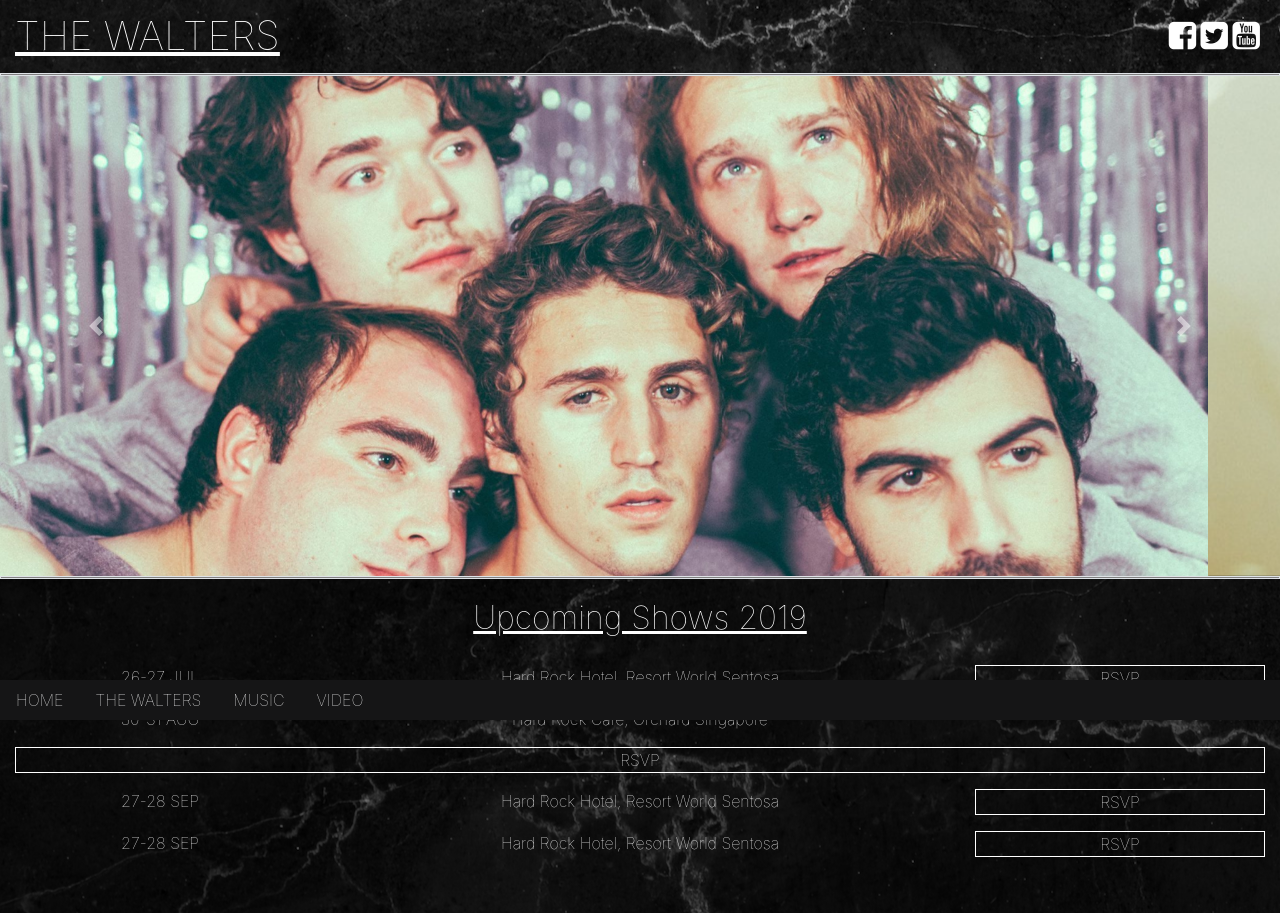
Repository: yucheng91/CIassignment1
Page: index.html
The author's editor kept a record of every edit. The page is drawn from the files as they stood at one moment, then again after the next edit.
The browser window is 1280 px wide. The pictures show the whole page.

Above is the page before.

After the next edit:
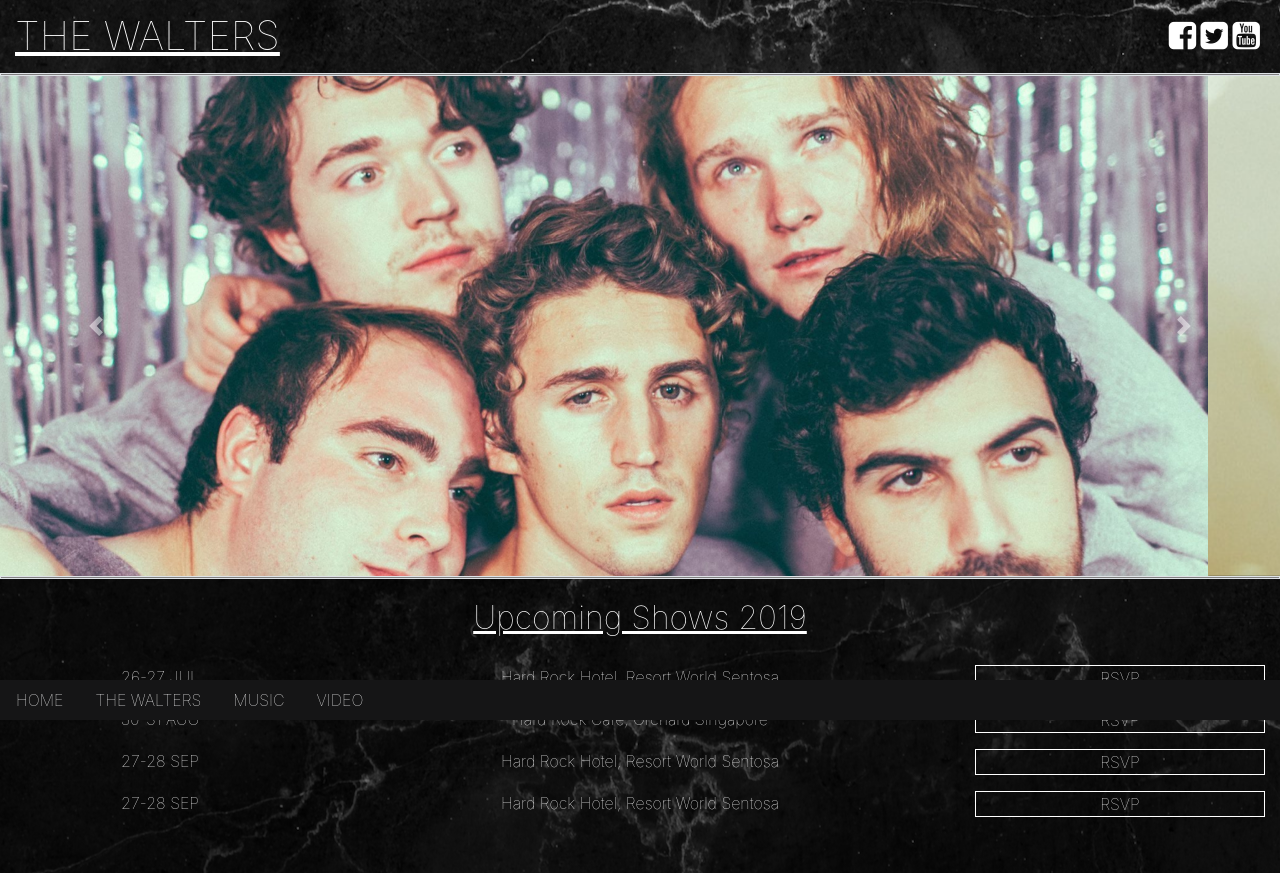
The edit:
--- a/index.html
+++ b/index.html
@@ -74,7 +74,7 @@
           <div class="col-12 col-md-6">
             <p>Hard Rock Cafe, Orchard Singapore</p>
           </div>
-          <div class="col-12">
+          <div class="col-12 col-md-3">
             <a href="https://www.eventbrite.sg"><p class="rsvpbutton">RSVP</p></a>
           </div>
         </div>
